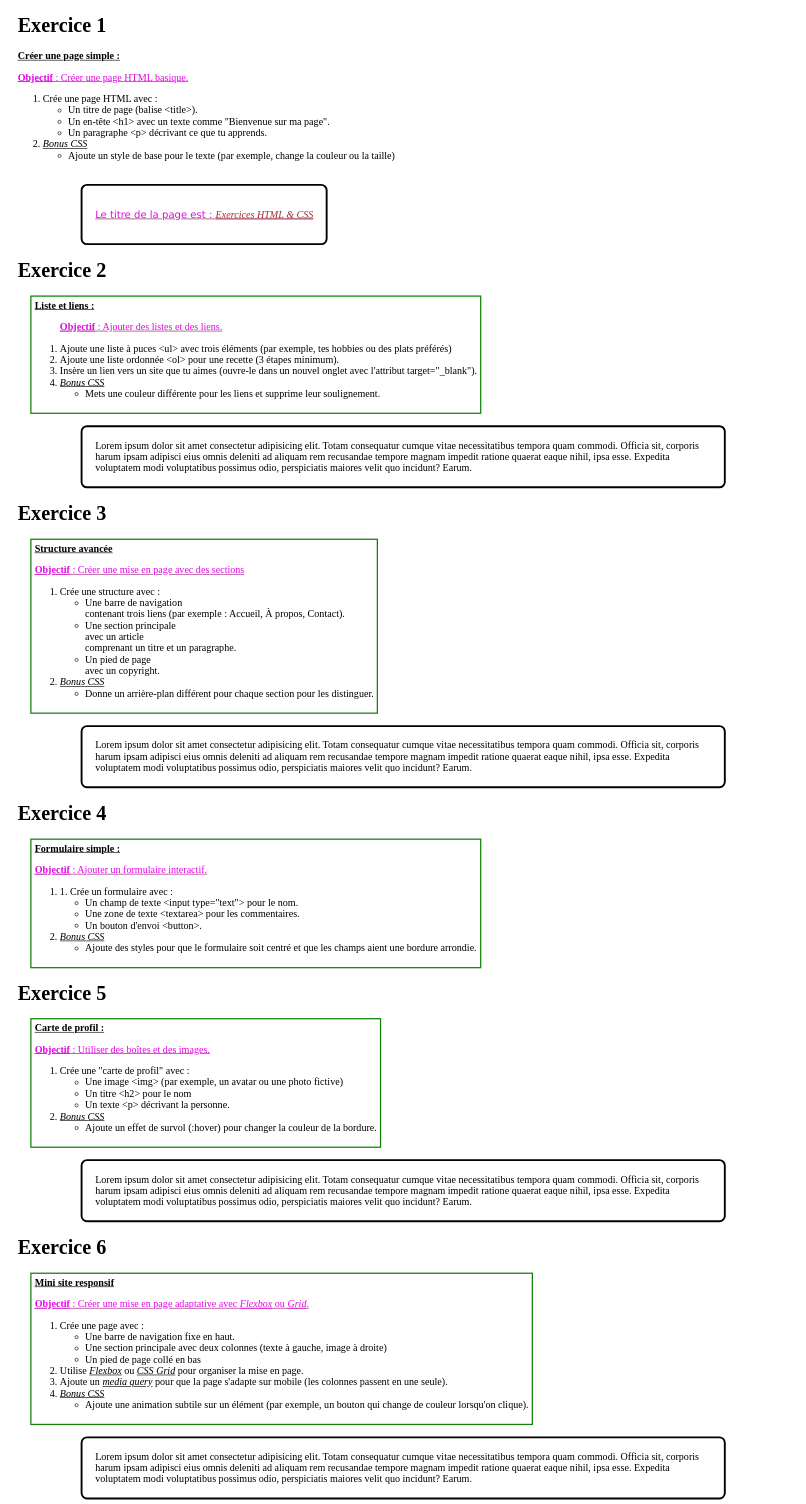
Repository: AnnaSpirit/Mimo_App
Page: Exercices_HTML&CSS.html
An editor plug-in stored every save of this project. The page is shown before and after the next save, followed by the edit.
The browser window is 1280 px wide. The pictures show the whole page, at 63% of full size.

Above is the page before, as saved 2024-12-08 12:23:09.

### Exercices_HTML&CSS.html
<!DOCTYPE html>
<html lang="en">
<head>
    <meta charset="UTF-8">
    <meta name="viewport" content="width=device-width, initial-scale=1.0">
    <link rel="stylesheet" href="styleCSS.css">
    <title>Exercices HTML & CSS</title>
</head>
<body>
<div>
    <h1>Exercice 1</h1>
    <span class="Consigne, Ex"><b>Créer une page simple :</b><br>
        <p><b>Objectif</b> : Créer une page HTML basique.</p>
        <ol>
            <li>Crée une page HTML avec :
                <ul>
                    <li>Un titre de page (balise &lt;title&gt;).</li>
                    <li>Un en-tête &lt;h1&gt; avec un texte comme "Bienvenue sur ma page".</li>
                    <li>Un paragraphe &lt;p&gt; décrivant ce que tu apprends.</li>
                </ul>
            </li>
            <li><em>Bonus CSS</em>
                <ul>
                    <li>Ajoute un style de base pour le texte (par exemple, change la couleur ou la taille)</li>
                </ul>
            </li>
        </ol>
    </span>
    <br>
    <br>
    <span class="Resultat">
        <div>
            <span>
                <p>Le titre de la page est : <em>Exercices HTML & CSS</em>

                </p>
            </span>
        </div>
    </span>

</div>
    <div>
        <h1>Exercice 2</h1>
    <span class="Consigne"><b>Liste et liens :</b>
        <ol>
            <p><b>Objectif</b> : Ajouter des listes et des liens.</p>
            <li>Ajoute une liste à puces &lt;ul&gt; avec trois éléments (par exemple, tes hobbies ou des plats préférés)</li>
            <li>Ajoute une liste ordonnée &lt;ol&gt; pour une recette (3 étapes minimum).</li>
            <li>Insère un lien <a> vers un site que tu aimes (ouvre-le dans un nouvel onglet avec l'attribut target="_blank").</li>
            <li><em>Bonus CSS</em>
                <ul>
                    <li>Mets une couleur différente pour les liens et supprime leur soulignement.</li>
                </ul>
            </li>
        </ol>
    </span>
    <br>
    <br>
    <span class="Resultat">Lorem ipsum dolor sit amet consectetur adipisicing elit. Totam consequatur cumque vitae
        necessitatibus tempora quam commodi. Officia sit, corporis harum ipsam adipisci eius omnis deleniti ad aliquam rem
        recusandae tempore magnam impedit ratione quaerat eaque nihil, ipsa esse. Expedita voluptatem modi voluptatibus
        possimus odio, perspiciatis maiores velit quo incidunt? Earum.</span>
    </div>
    <div>
        <h1>Exercice 3</h1>
        <span class="Consigne"><b>Structure avancée</b><br>
        <p><b>Objectif</b> : Créer une mise en page avec des sections</p>
        <ol>
            <li>Crée une structure avec :</li>
            <ul>
                <li>Une barre de navigation <nav> contenant trois liens (par exemple : Accueil, À propos, Contact).</li>
                <li>Une section principale <main> avec un article <article> comprenant un titre et un paragraphe.</li>
                <li>Un pied de page <footer> avec un copyright.</li>
            </ul>
            <li><em>Bonus CSS </em></li>
            <ul>
                <li>Donne un arrière-plan différent pour chaque section pour les distinguer.</li>
            </ul></li>
        </ol>
    </span>
    <br>
    <br>
    <span class="Resultat">Lorem ipsum dolor sit amet consectetur adipisicing elit. Totam consequatur cumque vitae
        necessitatibus tempora quam commodi. Officia sit, corporis harum ipsam adipisci eius omnis deleniti ad aliquam rem
        recusandae tempore magnam impedit ratione quaerat eaque nihil, ipsa esse. Expedita voluptatem modi voluptatibus
        possimus odio, perspiciatis maiores velit quo incidunt? Earum.</span>
    </div>
    <div>
        <h1>Exercice 4</h1>
    <span class="Consigne"><b>Formulaire simple :</b><br>
        <p><b>Objectif</b> : Ajouter un formulaire interactif.</p>
        <ol>
            <li>1. Crée un formulaire avec :</li>
                <ul>
                    <li>Un champ de texte &lt;input type="text"&gt; pour le nom.</li>
                    <li>Une zone de texte &lt;textarea&gt; pour les commentaires.</li>
                    <li>Un bouton d'envoi &lt;button&gt;.</li>
                </ul>
            </li>
            <li><em>Bonus CSS</em>
                <ul>
                    <li>Ajoute des styles pour que le formulaire soit centré et que les champs aient une bordure arrondie.</li>
                </ul>
            </li>
        </ol>
    </div>
    <div>
        <h1>Exercice 5</h1>
        <span class="Consigne"><b>Carte de profil :</b><br>
            <p><b>Objectif</b> : Utiliser des boîtes et des images.</p>
            <ol>
                <li>Crée une "carte de profil" avec :</li>
                    <ul>
                        <li>Une image &lt;img&gt; (par exemple, un avatar ou une photo fictive)</li>
                    <li>Un titre &lt;h2&gt; pour le nom</li>
                    <li>Un texte &lt;p&gt; décrivant la personne.</li>
                    </ul>
                <li><em>Bonus CSS</em></li>
                    <ul><li>Ajoute un effet de survol (:hover) pour changer la couleur de la bordure.</li></ul>
                </li>
            </ol>
            </span>
            <br>
            <br>
            <span class="Resultat">Lorem ipsum dolor sit amet consectetur adipisicing elit. Totam consequatur cumque vitae
                necessitatibus tempora quam commodi. Officia sit, corporis harum ipsam adipisci eius omnis deleniti ad aliquam rem
                recusandae tempore magnam impedit ratione quaerat eaque nihil, ipsa esse. Expedita voluptatem modi voluptatibus
                possimus odio, perspiciatis maiores velit quo incidunt? Earum.</span>
    </div>
    <div>
        <h1>Exercice 6</h1>
    <span class="Consigne"><b>Mini site responsif</b><br>
        <p><b>Objectif</b> : Créer une mise en page adaptative avec <em class="select">Flexbox</em> ou <em class="select">Grid</em>.
    <ol>
        <li>Crée une page avec :</li>
            <ul>
                <li>Une barre de navigation fixe en haut.</li>
                <li>Une section principale avec deux colonnes (texte à gauche, image à droite)</li>
                <li>Un pied de page collé en bas</li>
            </ul>
        </li>
        <li>Utilise <em class="select">Flexbox</em> ou <em class="select">CSS Grid</em> pour organiser la mise en page.</li>
        <li>Ajoute un <em class="select">media query</em> pour que la page s'adapte sur mobile (les colonnes passent en une seule).</li>
        <li><em>Bonus CSS</em>
            <ul>
                <li>Ajoute une animation subtile sur un élément (par exemple, un bouton qui change de couleur lorsqu'on clique).</li>
            </ul>
        </li>
    </ol>
    </span>
    <br>
    <br>
    <span class="Resultat">Lorem ipsum dolor sit amet consectetur adipisicing elit. Totam consequatur cumque vitae
        necessitatibus tempora quam commodi. Officia sit, corporis harum ipsam adipisci eius omnis deleniti ad aliquam rem
        recusandae tempore magnam impedit ratione quaerat eaque nihil, ipsa esse. Expedita voluptatem modi voluptatibus
        possimus odio, perspiciatis maiores velit quo incidunt? Earum.</span>
    </div>
</body>
</html>

### styleCSS.css
html{
    margin: 0 20px 0 20px;
}
.Ex h1{
    font-weight: bold;
    font-size: x-large;
    text-decoration: underline orange;
}

.Ex ol{
    margin-top: 5px;
    margin-bottom: 0;
}

.Consigne{
    border: 2px solid rgb(17, 132, 7);
        /* Une bordure noire de 2px */
        padding: 5px;
        /* Espace entre le texte et la bordure */
        display: inline-block;
        /* S'assurer que la bordure s'adapte au texte */
        margin: 0 20px;
            /* Décalage de 20px à droite et à gauche */
}
p{
    text-decoration: underline rgb(149, 18, 112);
    color: rgb(228, 7, 228);
}
b, em{
    font-family: fantasy;
    text-decoration: underline;
}
.select{
    font-style: oblique;
}
.Resultat{
    border: 3px solid black;
    /* Une bordure noire de 2px */
    padding: 20px;
    /* Espace entre le texte et la bordure */
    border-radius: 10px;
    /* Coins arrondis */
    display: inline-block;
    /* S'assurer que la bordure s'adapte au texte */
    margin: 0 100px 0 100px;
}
.Resultat p{
    font-family: 'Lucida Sans', 'Lucida Sans Regular', 'Lucida Grande', 'Lucida Sans Unicode', Geneva, Verdana, sans-serif;

}
.Resultat em{
    color: brown;
}

After the next save:
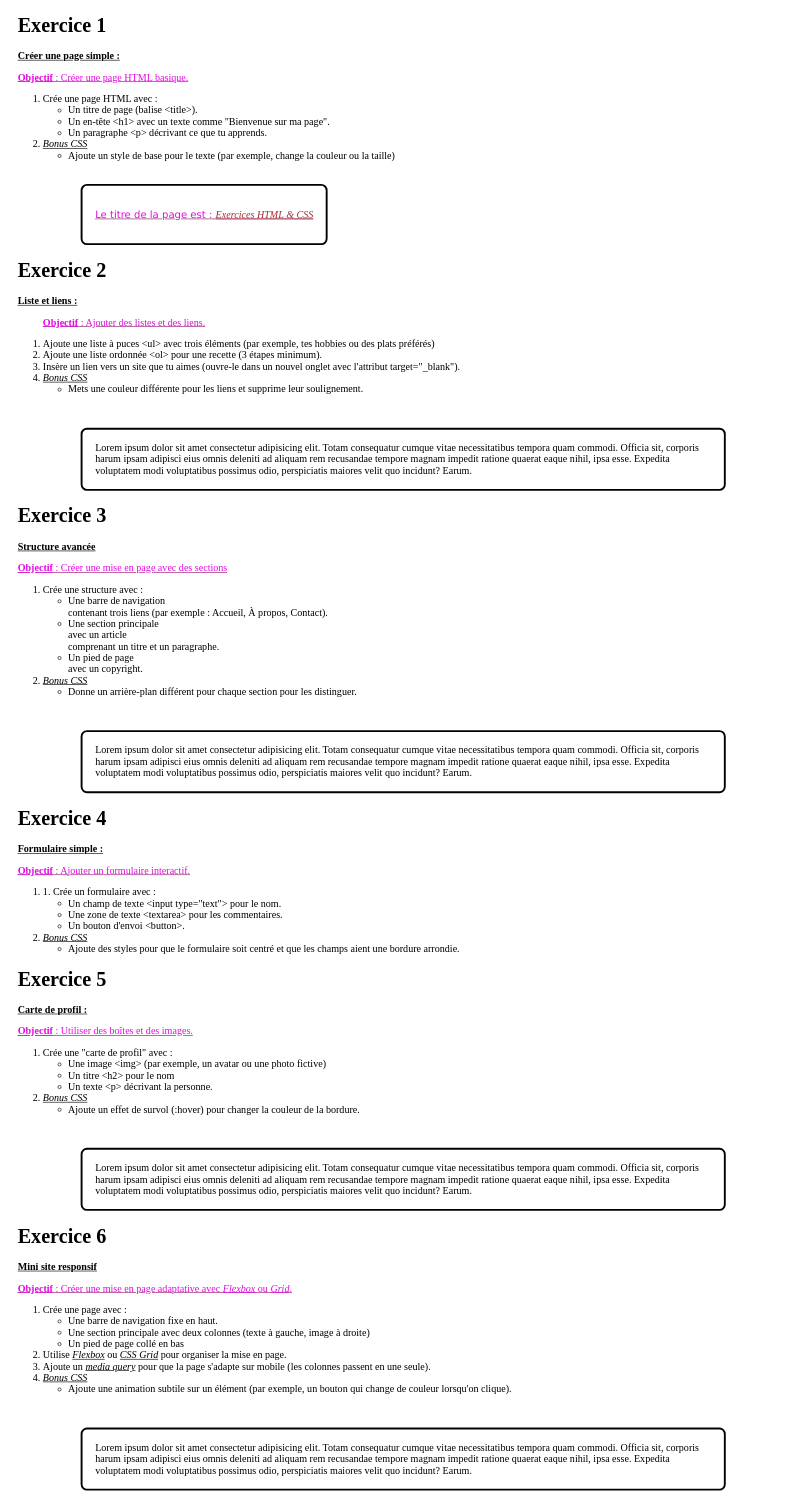
Saved 12 s later.
--- a/styleCSS.css
+++ b/styleCSS.css
@@ -12,7 +12,7 @@ html{
     margin-bottom: 0;
 }
 
-.Consigne{
+.Ex .Consigne{
     border: 2px solid rgb(17, 132, 7);
         /* Une bordure noire de 2px */
         padding: 5px;
